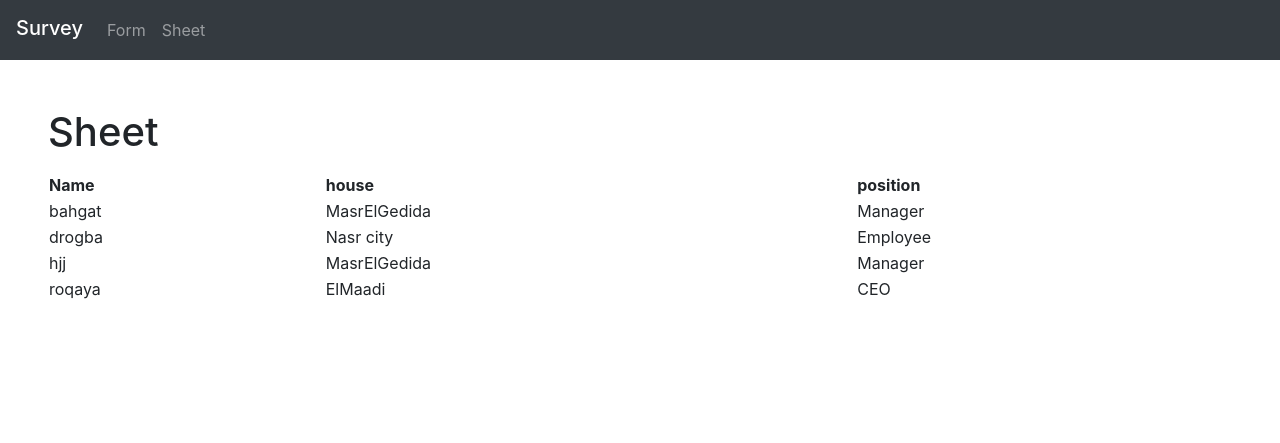
Repository: bahgaat/cs50
Page: http://localhost/sheet
The author's editor kept a record of every edit. The page is drawn from the files as they stood at one moment, then again after the next edit.
The browser window is 1280 px wide. The pictures show the whole page.
The page is served by the project's application, run on Flask 3 (pset7/survey/application.py).

Above is the page before.

After the next edit:
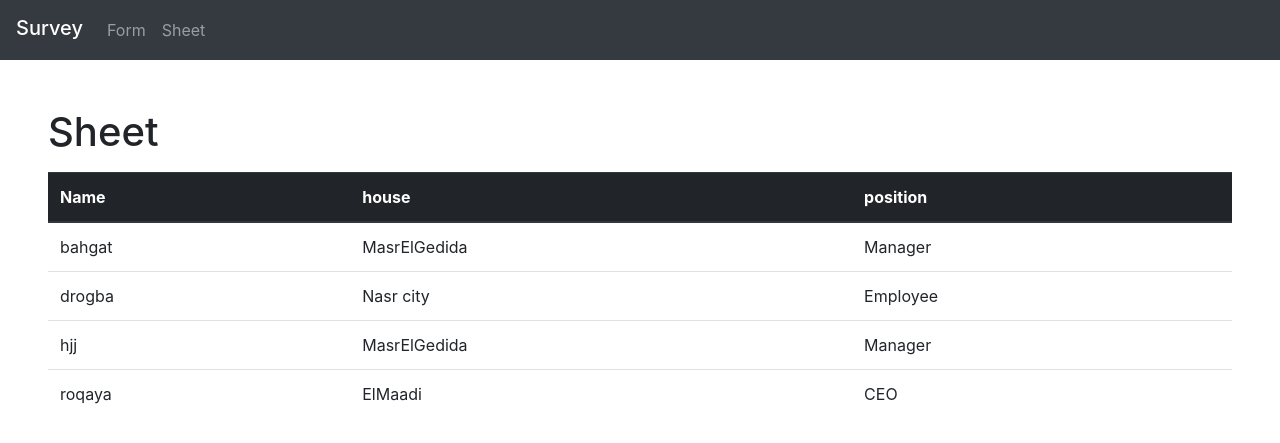
The edit:
--- a/environment/pset7/survey/templates/table.html
+++ b/environment/pset7/survey/templates/table.html
@@ -2,12 +2,15 @@
 {% block main %}
 
 <h1 class="mb-3">Sheet</h1>
-       <table style="width:100%" >
-       <tr>
-           <th>Name</th>
-           <th>house</th>
-           <th>position</th>
-       </tr>
+       <table class="table" >
+         <thead class="thead-dark">
+           <tr>
+             <th>Name</th>
+             <th>house</th>
+             <th>position</th>
+          </tr>
+         </thead>
+
 
        {% for student in people %}
        <tr>
